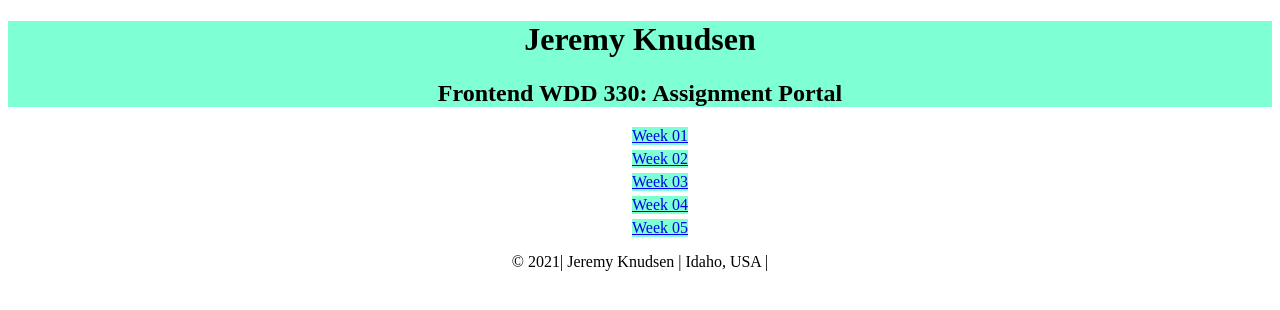
Repository: jknudsen97/WDD-330-Portfolio
Page: index.html
The author's editor kept a copy of each file at every save. The page is drawn from the files as they stood at one save, then again after the next save.
The browser window is 1280 px wide. The pictures show the whole page.

Above is the page before, as saved 2021-10-20 19:29:01.

After the next save:
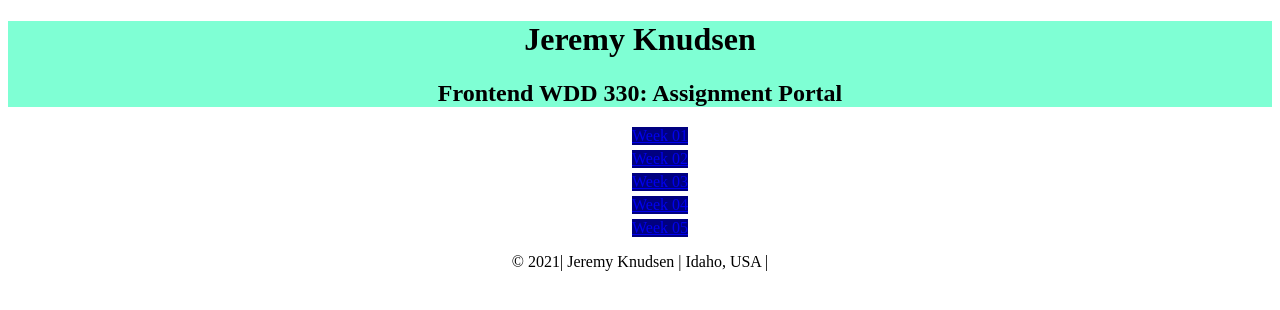
Saved 40 s later.
--- a/css/style.css
+++ b/css/style.css
@@ -17,7 +17,7 @@ li{
     color: black;
     margin-left: auto;
     margin-right: auto;
-    background-color: aquamarine;
+    background-color: navy;
 }
 
 li:hover{
